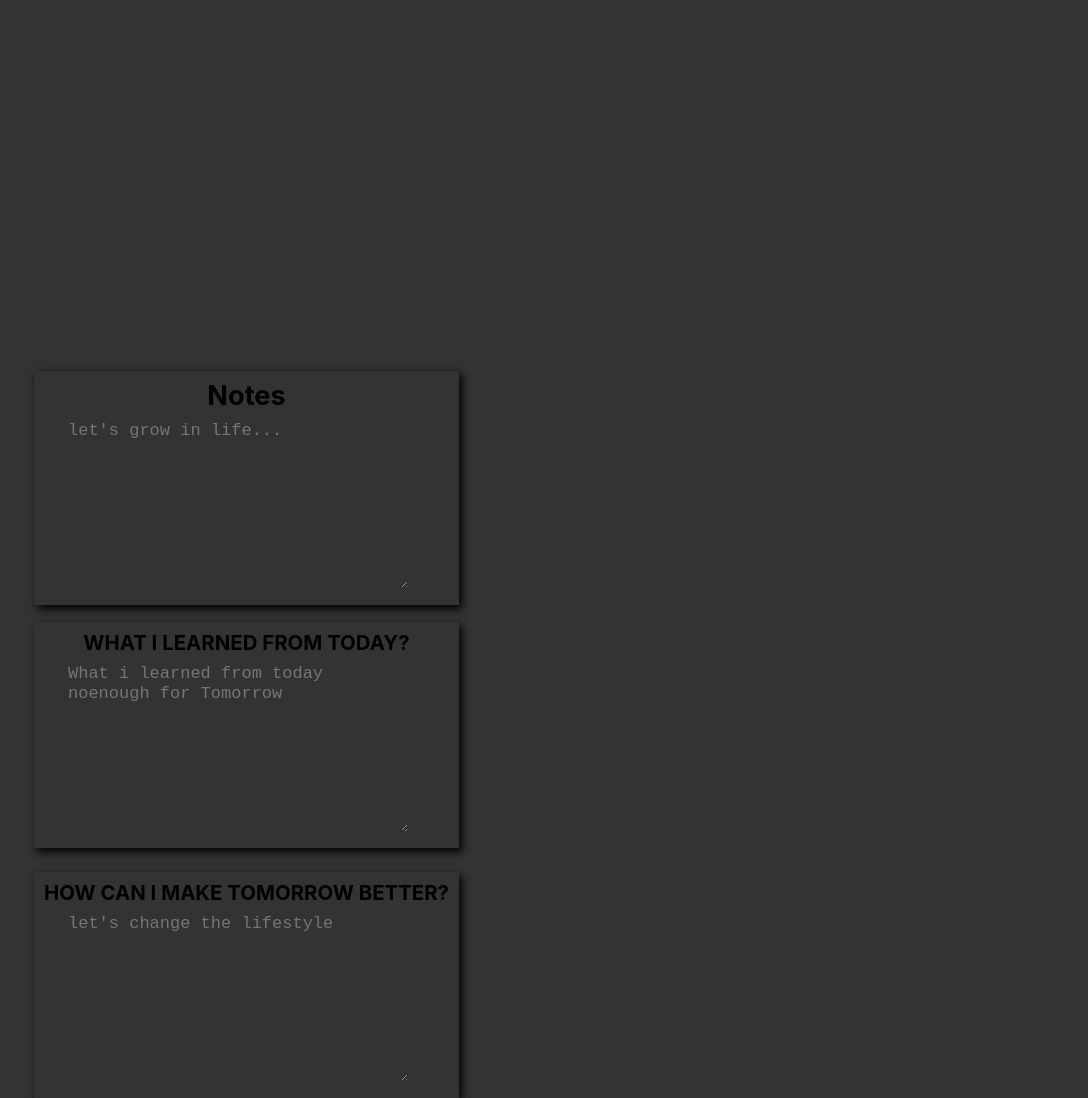
Repository: subhamRsahoo/note
Page: /
The author's editor kept a copy of each file at every save. The page is drawn from the files as they stood at one save, then again after the next save.
The browser window is 1280 px wide. The pictures show the whole page, at 85% of full size.
The project was rebuilt for these pictures with package versions that can differ from the ones it lists, and the page was loaded fresh each time.

Above is the page before, as saved 2021-07-15 17:47:32.

After the next save:
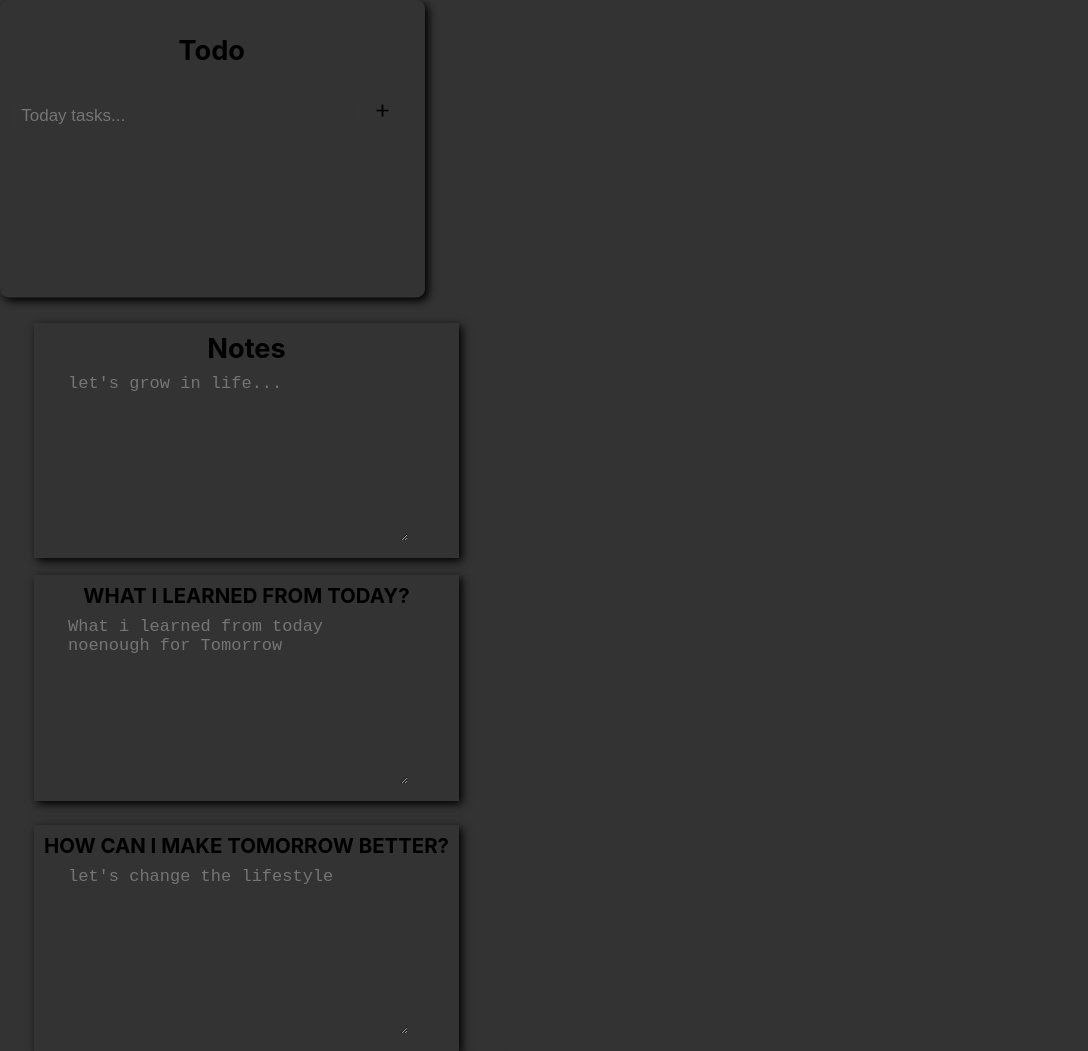
Saved 28 s later.
--- a/src/components/Hub.js
+++ b/src/components/Hub.js
@@ -15,7 +15,7 @@ const Hub = () => {
     localStorage.setItem("todos" , JSON.stringify(todos))
   }, [todos]);
   return (
-    <div className="container1">
+    <div className="container">
       <div className="app-wrapper">
         <div>
           <Header/>

After the save that followed:
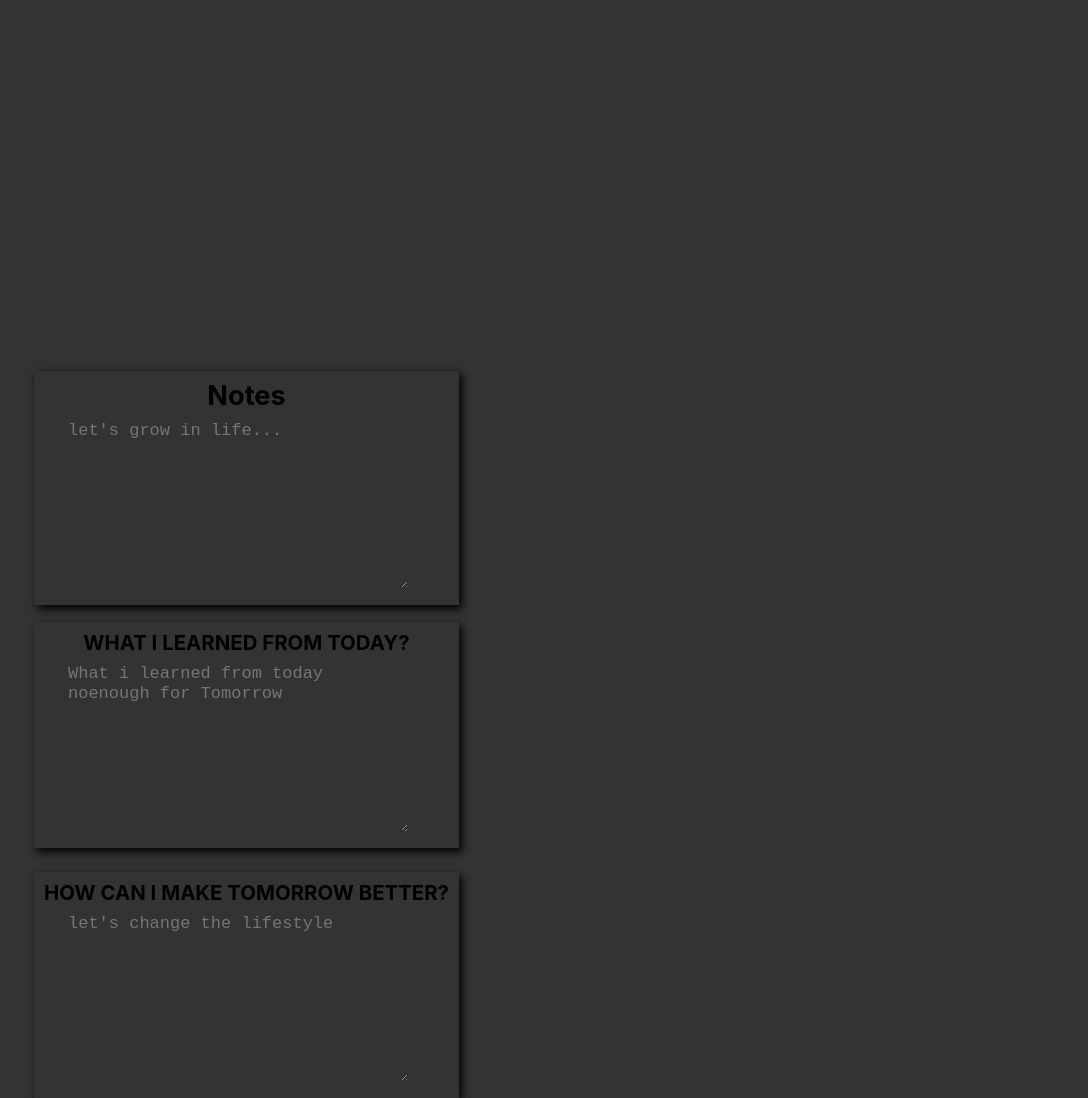
Saved 4 s later.
--- a/src/components/App.css
+++ b/src/components/App.css
@@ -32,7 +32,7 @@ code {
   padding: 0;
 }
 
-.container1
+.container
 {
   margin-top: 10px;
   width: 100%;
